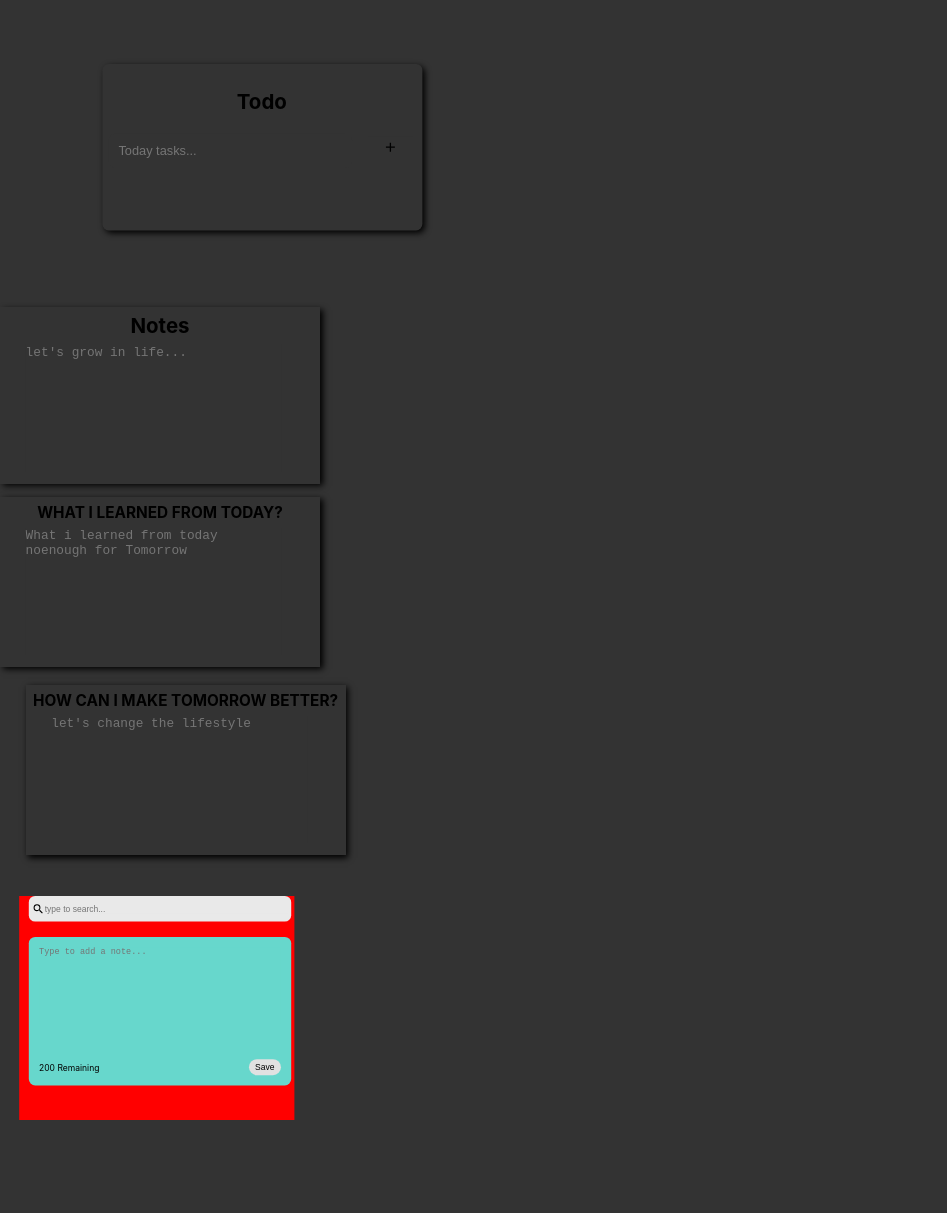
Repository: subhamRsahoo/note
Page: /
An editor plug-in stored every save of this project. The page is shown before and after the next save, followed by the edit.
The browser window is 768 px wide. The page is 808 px wide, then 1480 px, so the pictures cover 1480 px, including what lies to the right of the window. The pictures show the whole page, at 64% of full size.
The project was rebuilt for these pictures with package versions that can differ from the ones it lists, and the page was loaded fresh each time. Also part of the build but not shown: src/components/New folder/components/Note.js.

Above is the page before, as saved 2021-07-15 18:51:23.

### public/index.html
<!DOCTYPE html>
<html lang="en">
  <head>
    <meta charset="utf-8" />
    <link rel="icon" href="%PUBLIC_URL%/favicon.ico" />
    <meta name="viewport" content="width=device-width, initial-scale=1" />
    <meta name="theme-color" content="#000000" />
    <meta
      name="description"
      content="Web site created using create-react-app"
    />
    <link rel="apple-touch-icon" href="%PUBLIC_URL%/logo192.png" />
    <link rel="manifest" href="%PUBLIC_URL%/manifest.json" />


    <!-- <link rel="stylesheet" href="https://cdnjs.cloudflare.com/ajax/libs/font-awesome/5.15.3/css/font-awesome.min.css"/> -->

    <!-- <link rel="stylesheet" href="https://bootswatch.com/4/materia/bootstrap.com"/> -->

    <title>React App</title>
  </head>
  <body>
    <noscript>You need to enable JavaScript to run this app.</noscript>
    <div id="root"></div>
  </body>
</html>

### src/App.js
import React from 'react'
import Hub from './components/Hub';
import Hub1 from './components/aaaa/Hub1';
import A from './components/New folder/A';

function App() {
    return (
        <div>
            <Hub/>
            <Hub1/>
            <A/>
        </div>
    )
}

export default App

### src/components/Hub.js
import React , {useState , useEffect}from "react";
import Header from "./Header";
import Form from "./Form";
import TodoList from "./TodoList";
import './App.css';


const Hub = () => {
  const initalState = JSON.parse(localStorage.getItem("todos")) || [];
  const [input ,setInput] = useState("");
  const [todos ,setTodos] = useState(initalState);
  const [editTodo , setEditTodo] = useState(null);

  useEffect(() => {
    localStorage.setItem("todos" , JSON.stringify(todos))
  }, [todos]);
  return (
    <div className="container">
      <div className="app-wrapper">
        <div>
          <Header/>
        </div>
        <div>
          <Form
          input={input}
          setInput={setInput}
          todos={todos}
          setTodos={setTodos}
          editTodo={editTodo}
          setEditTodo={setEditTodo}
          />
        </div>
        <div>
          <TodoList todos={todos} setTodos={setTodos} setEditTodo={setEditTodo}/>
        </div>
      </div>
    </div>

  );
}

export default Hub;

### src/components/aaaa/Hub1.js
import React, { Component } from 'react';
import FormDataComponent from './components/form-data.component';
class  Hub1 extends Component {
  render() {
    return (
      <div >
        <FormDataComponent />
      </div>
    );
  }
}

export default Hub1;

### src/components/New folder/A.js
import React from 'react';
import './index.css';
import App from './App';


function A() {
    return (
        <div>
            <App />
        </div>
    )
}

export default A

### src/components/Header.js
import React from 'react'

function Header() {
    return (
        <div className="header">
            <h1>Todo</h1>
        </div>
    )
}

export default Header

### src/components/Form.js
import React , {useEffect} from 'react'
import {v4 as uuidv4} from "uuid";
import AddIcon from '@material-ui/icons/Add';

 const Form =({input , setInput , todos , setTodos , editTodo , setEditTodo }) => {
     const updateTodo = (title , id, completed) =>
     {
         const newTodo = todos.map((todo)=>

             todo.id === id ? {title,id, completed} : todo
         )
         setTodos(newTodo);
         setEditTodo("");
     }
     useEffect(() =>
     {
         if(editTodo)
         {
             setInput(editTodo.title);
         }else{
             setInput("")
         }
     }, [setInput , editTodo]);

     const onInputChange= (event) =>
     {
       setInput(event.target.value);
     };

     const onFormSubmit = (event) =>
     {
        event.preventDefault();
        if(!editTodo){
            setTodos([...todos , {id:uuidv4(), title: input , completed: false}]);
            setInput("");
        }else{
            updateTodo(input , editTodo.id , editTodo.completed)
        }
     }
    return (
       <form onSubmit={onFormSubmit}>
           <input type="text" placeholder="Today tasks... " className="task-input"
           value={input} required onChange={onInputChange} limit={3}/>
           <button type="submit" className="Add">
            <AddIcon/>
           </button>
       </form>
    )
}

export default Form

### src/components/TodoList.js
import React from 'react'
import DoneIcon from '@material-ui/icons/Done';
import EditIcon from '@material-ui/icons/Edit';
import DeleteIcon from '@material-ui/icons/Delete';

const TodoList = ({todos , setTodos , setEditTodo}) => {

    const handleDelete = ({id}) =>
    {
        setTodos(todos.filter((todo) => todo.id !== id));
    }

    const handleComplete = (todo) =>
    {
        setTodos(
            todos.map((item) => {
                if(item.id === todo.id){
                    return {...item , completed: !item.completed};
                }
                return item
            })
        )
    }

    const handleEdit =({id}) =>{
        const findTodo = todos.find((todo) => todo.id === id);
        setEditTodo(findTodo);
    };
    return (
        <div>
           {todos.map((todo) => (
               <li className="list-item"  key={todo.id}>
                   <input type="text"
                     value={todo.title}
                     className={`list ${todo.completed ? "complete" : "" }`}
                     onChange={(event)=> event.preventDefault()}
                   />
                   <div>
                       <button className="button-complete task-button" onClick={() => handleComplete(todo)}>
                          <i><DoneIcon/></i>
                       </button>
                       <button className="button-edit task-button" onClick={()=> handleEdit(todo)}>
                          <i><EditIcon/></i>
                       </button>
                       <button className="button-delete task-button"  onClick={()=> handleDelete(todo)}>
                          <i><DeleteIcon/></i>
                       </button>
                   </div>
               </li>
           ))}
        </div>
    );
}

export default TodoList;

### src/components/App.css
::-webkit-scrollbar {
  width: 9px;
}
::-webkit-scrollbar-thumb {
  background-color: #a8a8a8;
}
::-webkit-scrollbar-thumb:hover {
  background: #828282;
}
::-webkit-scrollbar-track {
  background: #cccccc;
}

body {
  font-family: -apple-system, BlinkMacSystemFont, 'Segoe UI', 'Roboto', 'Oxygen',
    'Ubuntu', 'Cantarell', 'Fira Sans', 'Droid Sans', 'Helvetica Neue',
    sans-serif;
  -webkit-font-smoothing: antialiased;
  -moz-osx-font-smoothing: grayscale;
  background: #333;
}

code {
  font-family: source-code-pro, Menlo, Monaco, Consolas, 'Courier New',
    monospace;
}


*
{
  margin: 0;
  padding: 0;
}

.container
{
  margin-top: 10px;
  width: 100%;
  min-height: 55vh;
  display: grid;
  justify-content: left;
  /* margin-left: 40px; */
  right: 500px;
  align-items: center;
  position: relative;
  box-sizing: border-box;
  left: 40px;
}

.app-wrapper
{
  background-color: #333;
  width: 500px;
  min-height: 350px;
  padding: 10px;
  box-sizing: border-box;
  border-radius: 10px;
  box-shadow: 4px 4px 10px #000;
  /* margin-bottom: 150px; */

}

.header h1
{
  color: black;
  text-align: left;
  margin: 30px 0;
  margin-left: 200px;
}

.task-input
{
  outline: none;
  width: 350px;
  padding: 15px;
  margin-right: 25px;
  font-size: 20px;
  color: white;
  background-color: #333;
  border: none;
  border-radius: 10px;
}

.task-input:hover
{
  box-shadow: 6px 4px 10px #000;
}

.Add
{
  width: 70px;
  padding: 5px 5px;
  border: 0;
  cursor: pointer;
  border-style: transparent;
  background-color: #333;
}

.Add:hover
{
  border-radius: 10px;
  box-shadow: 6px 4px 10px #000;
}

.list-item
{
  display: flex;
  margin: 20px 0;
  border: none;
  border-radius: 10px;
  padding: 7px;
  max-height: 20px;
}

.list-item:hover
{
  box-shadow: 6px 4px 10px #000;
}

.button-complete,
.button-delete,
.button-edit
{
  border: none;
  outline: none;
  cursor: pointer;
  background-color: transparent;
  font-size: 20px;
  border-radius: 50%;
}

.button-complete
{
  color: #ff6c6c;
  margin-right: 10px;
  margin-left: 70px;
}

.button-edit
{
  color: #e2d029;
  margin-right: 10px;
}

.button-delete
{
  color: lightseagreen;
}

.complete
{
  text-decoration-style: solid;
  text-decoration-line: line-through;
  text-decoration-color: #ff6c6c;
  opacity: 0.6;
}

.list
{
  width: 250px;
  background-color: #333;
  border: none;
  color: wheat;
  font-size: 20px;
  padding-left: 10px;
  margin-right: 15px;
}

input:focus,
button:focus
{
  outline: none;
}

@media screen and (max-width:768px)
{
  .container
  {
    margin-right: 200px;
  }
  .app-wrapper
  {

    min-width: 400px;
    min-height: 260px;
  }
}

@media screen and (max-width:540px)
{
  .container
  {
    /* align-items: center; */
    left: 140px;
  }
}

@media screen and (max-width: 1020px)
{
  .app-wrapper
  {
    /* align-items: center; */
    /* min-width: 200px;
    min-height: 260px;
    margin-top: 15px; */
    margin-left: 120px;
  }
}

### src/components/aaaa/components/form-data.component.js
import React, { Component } from 'react';
import './design.css';
export default class FormDataComponent extends Component {
    userData;

    constructor(props) {
        super(props);

        this.onChangeName = this.onChangeName.bind(this);
        this.onChangeName1 = this.onChangeName1.bind(this);
        this.onChangeName2 = this.onChangeName2.bind(this);
        this.onSubmit = this.onSubmit.bind(this);

        this.state = {
            name: '',
            name1: '',
            name2: ''
        }
    }

    // Form Values
    onChangeName(e) {
        this.setState({ name: e.target.value })
    }

    onChangeName1(e) {
        this.setState({ name1: e.target.value })
    }

    onChangeName2(e) {
        this.setState({ name2: e.target.value })
    }


    // React Life Cycle
    componentDidMount() {
        this.userData = JSON.parse(localStorage.getItem('user'));

        if (localStorage.getItem('user')) {
            this.setState({
                name: this.userData.name,
                name1: this.userData.name1,
                name2: this.userData.name2
            })
        } else {
            this.setState({
                name: '',
                name1: '',
                name2: ''
            })
        }
    }

    componentWillUpdate(nextProps, nextState) {
        localStorage.setItem('user', JSON.stringify(nextState));
    }

    onSubmit(e) {
        e.preventDefault()
        console.log(this.state.props)
    }


    render() {
        return (

                <form className="form" onSubmit={this.onSubmit}>
                    <div className="contain">
                        <h1>Notes</h1>
                        <textarea type="text" placeholder="let's grow in life..." className="text1" value={this.state.name} onChange={this.onChangeName} />
                        {/* <button type="submit" className="btn1">Save</button> */}
                    </div>


                    <div className="contain1">
                        <h2>WHAT I LEARNED FROM TODAY?</h2>
                        <textarea type="text" placeholder="What i learned from today noenough for Tomorrow" className="text2" value={this.state.name1} onChange={this.onChangeName1} />
                        {/* <button type="submit" className="btn2">Save</button> */}
                    </div>

                    <div className="contain2">
                        <h2>HOW CAN I MAKE TOMORROW BETTER?</h2>
                        <textarea type="text" placeholder="let's change the lifestyle" className="text3" value={this.state.name2} onChange={this.onChangeName2} />
                        {/* <button type="submit" className="btn3">Save</button> */}
                    </div>
                </form>

        )
    }
}

### src/components/New folder/index.css
body {
	margin: 0;
	font-family: -apple-system, BlinkMacSystemFont, 'Segoe UI',
		'Roboto', 'Oxygen', 'Ubuntu', 'Cantarell', 'Fira Sans',
		'Droid Sans', 'Helvetica Neue', sans-serif;
	-webkit-font-smoothing: antialiased;
	-moz-osx-font-smoothing: grayscale;
}

code {
	font-family: source-code-pro, Menlo, Monaco, Consolas,
		'Courier New', monospace;
}

.header {
	display: flex;
	align-items: center;
	justify-content: space-between;
}


.container1 {
	display: grid;
	width: 850px;
	position: absolute;
	left: 600px;
	bottom: 340px;
	padding-right: 15px;
	padding-left: 15px;
	height: 350px;
}

.notes-list {
	display: grid;
	grid-gap: 1rem;
	grid-template-columns: repeat(
		auto-fill,
		minmax(250px, 1fr)
	);
}

.note.new {
	background-color: #67d7cc;
	height: 200px;
	margin-bottom: 200px;
}

.note.new:hover
{
	box-shadow: 4px 4px 10px #000;
}

textarea {
	border: none;
	resize: none;
	background-color: #67d7cc;
}

textarea:focus {
	outline: none;
}

.save {
	background-color: #e1e1e1;
	border: none;
	border-radius: 15px;
	padding: 5px 10px 5px 10px;
}

.save:hover {
	background-color: #ededed;
	cursor: pointer;
}

.note {
	background-color: #fef68a;
	border-radius: 10px;
	padding: 1rem;
	height: 200px;
	display: flex;
	flex-direction: column;
	justify-content: space-between;
	white-space: pre-wrap;
}

.note:hover
{
	box-shadow: 4px 4px 10px aqua;
}

.note-footer {
	display: flex;
	align-items: center;
	justify-content: space-between;
}

.delete-icon {
	cursor: pointer;
}

.search {
	display: flex;
	align-items: center;
	background-color: rgb(233, 233, 233);
	width: 850px;
	height: 30px;
	border-radius: 10px;
	padding: 5px;
	margin-bottom: 1.5em;
}

.search:hover
{
	box-shadow: 4px 4px 10px #000;
}

.search input {
	border: none;
	background-color: rgb(233, 233, 233);
	width: 100%;
}

.search input:focus {
	outline: none;
}

@media screen and (max-width:768px)
{
	.container1
	{
		position: relative;
		top: 700px;
		width: 400px;
		left: 30px;
		background-color: red;
	}

	.search
	{
		width: 400px;
	}
}

@media screen and (max-width:540px)
{
  .container
  {
    /* align-items: center; */
    left: 140px;
  }
}

@media screen and (max-width: 1020px)
{
  .app-wrapper
  {
    /* align-items: center; */
    /* min-width: 200px;
    min-height: 260px;
    margin-top: 15px; */
    margin-left: 120px;
  }
}

### src/components/New folder/App.js
import { useState, useEffect } from 'react';
import { nanoid } from 'nanoid';
import NotesList from './components/NotesList';
import Search from './components/Search';

const App = () => {
	const [notes, setNotes] = useState([
		// {
		// 	id: nanoid(),
		// 	text: 'This is my first note!',
		// 	date: '15/04/2021',
		// },
		// {
		// 	id: nanoid(),
		// 	text: 'This is my second note!',
		// 	date: '21/04/2021',
		// },
		// {
		// 	id: nanoid(),
		// 	text: 'This is my third note!',
		// 	date: '28/04/2021',
		// },
		// {
		// 	id: nanoid(),
		// 	text: 'This is my new note!',
		// 	date: '30/04/2021',
		// },
	]);

	const [searchText, setSearchText] = useState('');

	useEffect(() => {
		const savedNotes = JSON.parse(
			localStorage.getItem('react-notes-app-data')
		);

		if (savedNotes) {
			setNotes(savedNotes);
		}
	}, []);

	useEffect(() => {
		localStorage.setItem(
			'react-notes-app-data',
			JSON.stringify(notes)
		);
	}, [notes]);

	const addNote = (text) => {
		const date = new Date();
		const newNote = {
			id: nanoid(),
			text: text,
			date: date.toLocaleDateString(),
		};
		const newNotes = [...notes, newNote];
		setNotes(newNotes);
	};

	const deleteNote = (id) => {
		const newNotes = notes.filter((note) => note.id !== id);
		setNotes(newNotes);
	};

	return (
		<div >
			<div className='container1'>
				<Search handleSearchNote={setSearchText} />
				<NotesList
					notes={notes.filter((note) =>
						note.text.toLowerCase().includes(searchText)
					)}
					handleAddNote={addNote}
					handleDeleteNote={deleteNote}
				/>
			</div>
		</div>
	);
};

export default App;

### src/components/aaaa/components/design.css
.form
{
    width: 100%;
    height: 250px;
    display: grid;
    margin: 0;
    padding: 0;
}


.contain
{
    display: grid;
    width: 500px;
    left: 40px;
    top: 30px;
    bottom: 10px;
    box-shadow: 4px 4px 10px #000;
    position: relative;
    box-sizing: border-box;

}

.text1
{
    margin-top: 10px;
   width: 400px;
   height: 197px;
   margin-left: 40px;
   background-color: #333;
   border-style: none;
   color: white;
   border-style: none;
   font-size: 20px;
   margin-bottom: 20px;
}

.text1:hover
{
    box-shadow: 4px 4px 10px #000;
}

.contain h1
{
    margin-top: 10px;
   text-align: center;
}

/* .btn1
{
    background-color: #333;
    margin-left: 70px;
    text-decoration-color: white;
    border-style: none;
    color: white;
    cursor: pointer;
    margin-bottom: 10px;
    padding: 8px 8px;
    border-radius: 10px;
}

.btn1:hover
{
    box-shadow: 4px 4px 10px #000;
    padding: 8px 8px;
} */


.contain1
{
    width: 500px;
    top: 50px;
    left: 40px;
    box-shadow: 4px 4px 10px #000;
    position: relative;
    box-sizing: content-box;
    display: grid;
}

.text2
{
    margin-top: 10px;
    width: 400px;
    height: 197px;
    margin-left: 40px;
    background-color: #333;
    border-style: none;
    color: white;
    border-style: none;
    font-size: 20px;
    margin-bottom: 20px;
}

.text2:hover
{
    box-shadow: 4px 4px 10px #000;
}


.contain1 h2
{
    margin-top: 10px;
   text-align: center;
}

/* .btn2
{
    background-color: #333;
    margin-left: 70px;
    text-decoration-color: white;
    border-style: none;
    color: white;
    cursor: pointer;
    margin-bottom: 10px;
    padding: 8px 8px;
    border-radius: 10px;
}

.btn2:hover
{
    box-shadow: 4px 4px 10px #000;
    padding: 8px 8px;
} */

.contain2
{
   width: 500px;
    margin-top: 620px;
    margin-left: 40px;
    /* bottom: 630px; */
    box-shadow: 4px 4px 10px #000;
    position: absolute;
    box-sizing:border-box;
    display: grid;
}

.text3
{
    margin-top: 10px;
    width: 400px;
    height: 197px;
    margin-left: 40px;
    background-color: #333;
    border-style: none;
    color: white;
    border-style: none;
    font-size: 20px;
    margin-bottom: 20px;
}

.text3:hover
{
    box-shadow: 4px 4px 10px #000;
}


.contain2 h2
{
    margin-top: 10px;
   text-align: center;
}

/* .btn3
{
    background-color: #333;
    margin-left: 70px;
    text-decoration-color: white;
    border-style: none;
    color: white;
    cursor: pointer;
    margin-bottom: 10px;
    padding: 8px 8px;
    border-radius: 10px;
}

.btn3:hover
{
    box-shadow: 4px 4px 10px #000;
    padding: 8px 8px;
} */

@media screen and (max-width:768px)
{
    .contain
    {
        left: 80px;
        align-items: center;
    }
    .contain1
    {
        left: 80px;
        align-items: center;
    }
    .contain2
    {
        left: 80px;
        align-items: center;
    }
}

@media screen and (max-width: 540px)
{
    .contain
    {
        left: 0;
        align-items: center;
    }
    .contain1
    {
        left: 0px;
        align-items: center;
    }
    .contain2
    {
        left: 0px;
        align-items: center;
    }
}

@media screen and (max-width: 1020px)
{
    .contain
    {
        left: 0;
        align-items: center;
    }
    .contain1
    {
        left: 0px;
        align-items: center;
    }
    .contain2
    {
        left: 0px;
        align-items: center;
    }
}

### src/components/New folder/components/AddNote.js
import { useState } from 'react';

const AddNote = ({ handleAddNote }) => {
	const [noteText, setNoteText] = useState('');
	const characterLimit = 200;

	const handleChange = (event) => {
		if (characterLimit - event.target.value.length >= 0) {
			setNoteText(event.target.value);
		}
	};

	const handleSaveClick = () => {
		if (noteText.trim().length > 0) {
			handleAddNote(noteText);
			setNoteText('');
		}
	};

	return (
		<div className='note new'>
			<textarea
				rows='8'
				cols='10'
				placeholder='Type to add a note...'
				value={noteText}
				onChange={handleChange}
			></textarea>
			<div className='note-footer'>
				<small>
					{characterLimit - noteText.length} Remaining
				</small>
				<button className='save' onClick={handleSaveClick}>
					Save
				</button>
			</div>
		</div>
	);
};

export default AddNote;

Loaded but not shown: src/index.js (common file); src/components/New folder/components/NotesList.js (common file); src/components/New folder/components/Search.js (common file)

After the next save:
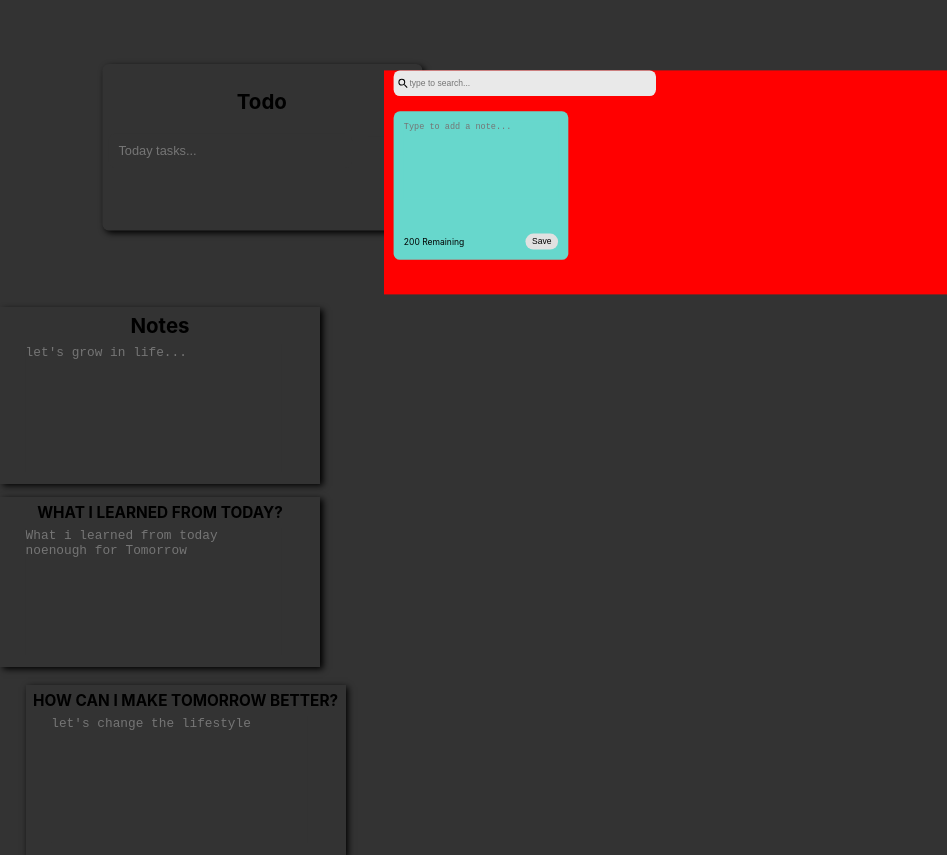
Saved 80 s later.
--- a/src/components/New folder/index.css
+++ b/src/components/New folder/index.css
@@ -128,10 +128,11 @@ textarea:focus {
 {
 	.container1
 	{
-		position: relative;
+		align-items: center;
+		/* position: relative;
 		top: 700px;
 		width: 400px;
-		left: 30px;
+		left: 30px; */
 		background-color: red;
 	}
 
